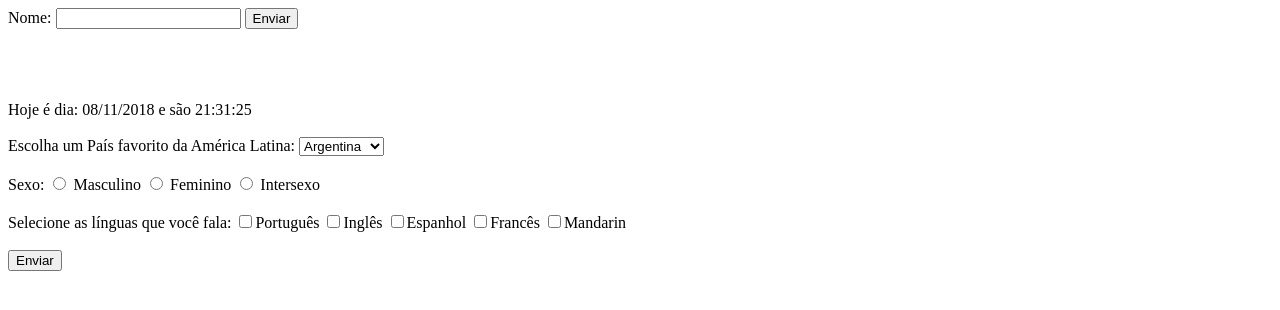
Repository: cassiahh/PWE
Page: http://localhost/Topico1/Formulario.jsp
The author's editor kept a copy of each file at every save. The page is drawn from the files as they stood at one save, then again after the next save.
The browser window is 1280 px wide. The pictures show the whole page.
The page is served by Tomcat 9. Other server files are loaded and not shown.

Above is the page before, as saved 2018-11-08 23:30:09.

### Topico1/WebContent/Formulario.jsp
<%@ page language="java" contentType="text/html; charset=utf-8"
    pageEncoding="utf-8"%>
 <%@ page import="java.util.Date" %>
<!DOCTYPE html>
<html>
<head>
<meta charset="utf-8">
<title>Formulário Politicamente Correto</title>
</head>
<body>

<form action="Formulario.jsp" method="post">
 	Nome: <input type="text" name="nome" />
	<input type="submit" value="Enviar" /><br/>

</form>
<br/><br/>

<% //scriplet
String nome = request.getParameter("nome");
if(nome!=null)
out.print("Bem vindo(a), "+nome+"!");
%>
<br/><br/>

Hoje é dia: <%= //declaration
utilidades.Data.dataAtual()
%>
 e são <%= utilidades.Data.horaAtual()%>
<br/><br/>


<form action="Dados.jsp">
Escolha um País favorito da América Latina:
	<select name="pais">
		<option>Argentina</option>
		<option>Bolivia</option>
		<option>Brasil</option>
		<option>Chile</option>
		<option>Paraguai</option>
		<option>Uruguai</option>
		<option>Venezuela</option>
	</select>
<br/><br/>
Sexo:
	<input type="radio" name="sexo" value="Masculino"/> Masculino
	<input type="radio" name="sexo" value="Feminino"/> Feminino
	<input type="radio" name="sexo" value="Intersexo"/> Intersexo
<br/><br/>

Selecione as línguas que você fala:
	<input type="checkbox" name="linguas" value="português" />Português
	<input type="checkbox" name="linguas" value="inglês" />Inglês
	<input type="checkbox" name="linguas" value="espanhol" />Espanhol
	<input type="checkbox" name="linguas" value="francês" />Francês
	<input type="checkbox" name="linguas" value="chinês" />Mandarin

	<br/><br/>

	<input type="submit" value="Enviar"/>
</form>

</body>
</html>

### Topico1/src/utilidades/Data.java
package utilidades;

import java.text.SimpleDateFormat;
import java.util.Date;

public class Data {

	private static Date data = new Date();

	public static String dataAtual() {
		SimpleDateFormat formatador = new SimpleDateFormat("dd/MM/yyyy");
		return formatador.format(data);
	}

	public static String horaAtual() {
		SimpleDateFormat formatador = new SimpleDateFormat ("HH:mm:ss");
		return formatador.format(data);
	}


}

After the next save:
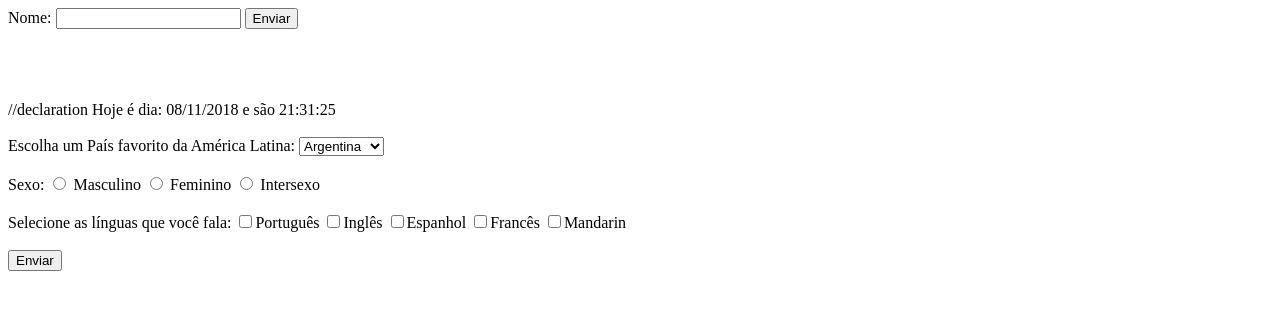
Saved 54 s later.
--- a/Topico1/WebContent/Formulario.jsp
+++ b/Topico1/WebContent/Formulario.jsp
@@ -22,10 +22,8 @@ if(nome!=null)
 out.print("Bem vindo(a), "+nome+"!");
 %>
 <br/><br/>
-
-Hoje é dia: <%= //declaration
-utilidades.Data.dataAtual()
-%>
+//declaration
+Hoje é dia: <%= utilidades.Data.dataAtual() %>
  e são <%= utilidades.Data.horaAtual()%>
 <br/><br/>
 
